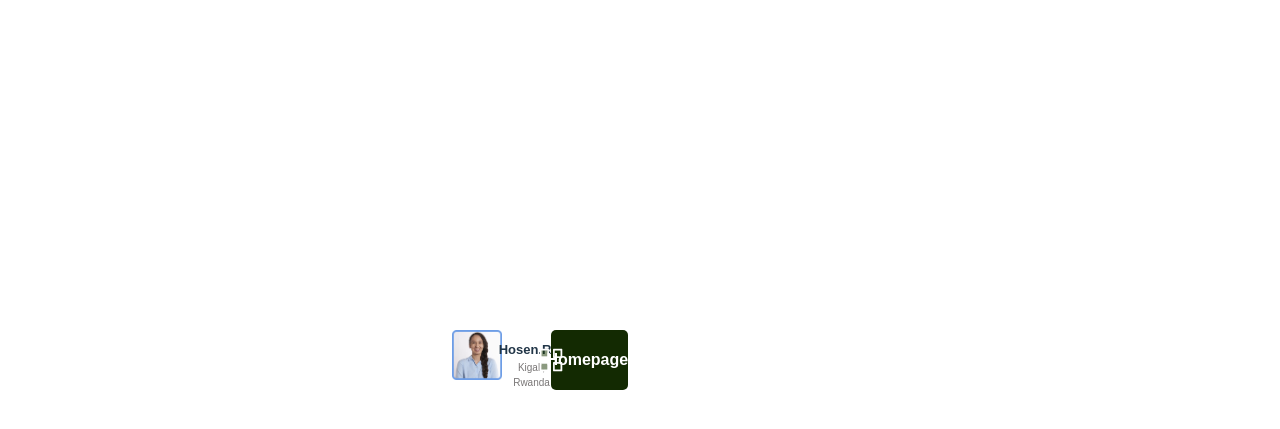
Repository: Auda-frontend/Kenshikeza
Page: /
These files come from the project's save history. The page is drawn as it stood at one moment and after the next save; the edit follows.
The browser window is 1280 px wide. The pictures show the whole page.
The project was rebuilt for these pictures with package versions that can differ from the ones it lists, and the page was loaded fresh each time. Also part of the build but not shown: vite.config.js.

Above is the page before, as saved 2024-01-25 09:43:26.

### src/App.jsx
import './App.css'
import SideBar from './Components/SideBar'

function App() {
  return (
    <div>
      <SideBar />
    </div>
  )
}

export default App

### src/Components/SideBar.jsx
import React from "react";
import Profile from "../assets/Rectangle 79.png";
import './SideBar.css';
import HomeIcon from "../assets/ep_menu.png";

function SideBar() {
  return (
    <div className="container">
    <div className="leftSide">

      <img src={Profile} alt="Profile photo" className="profilePhoto" />
      <div className="desc">
      <h2 className="names">Hosen.R</h2>
      <p>Kigali, Rwanda</p>
      </div>
      <div className="homepage">
        <img src={HomeIcon} alt="Menu icon" className="homeIcon" />
        <h2>Homepage</h2>
      </div>
    </div>
    </div>
  );
}

export default SideBar;

### src/Components/SideBar.css
*{
    margin: 0;
    padding: 0;
    box-sizing: border-box;
    font-family: sans-serif;
}
.container{
    padding: 0;
}
.leftSide{
    display: flex;
    max-width: 25%;
    max-height: 100%;
    /* flex-direction: column; */
}
.leftSide .profilePhoto{
    float: left;
    width: 50px;
    height: 50px;
    margin-left: -50px;
    margin-right: 10px;
}
.desc{
    display: table-column;
    align-items: center;
    padding-top: 10px;
    /* padding: 5px;
    background-color: aqua; */
}
.desc .names{
    font-size: small;
    margin-left: -13px;
}
.desc p{
    font-size: x-small;
    color: rgb(121, 118, 118)
}
.homepage{
background-color: #132A02;
width: 200px;
display: flex;
align-items: center;
border-radius: 5px;
justify-content: space-around;
}
.homepage .homeIcon{
    width: 30px;
    float: left;
    margin-left: -15px;
}
.homepage h2{
    color: white;
    font-size: medium;
    margin-left: -20px;
}

Loaded but not shown: index.html (common file); src/main.jsx (common file); src/index.css (common file); src/App.css (common file)

After the next save:
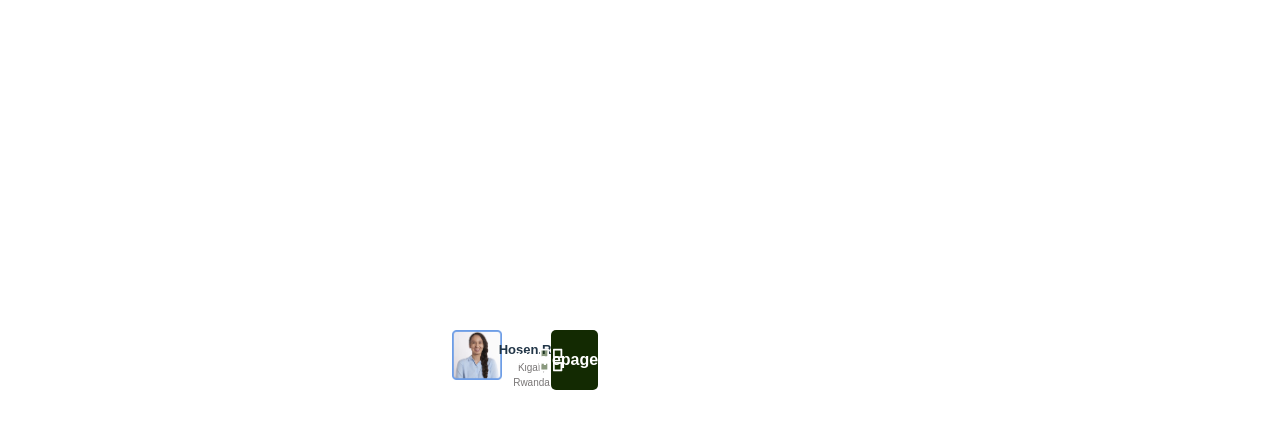
Saved 7 s later.
--- a/src/Components/SideBar.css
+++ b/src/Components/SideBar.css
@@ -51,5 +51,5 @@ justify-content: space-around;
 .homepage h2{
     color: white;
     font-size: medium;
-    margin-left: -20px;
+    margin-left: -50px;
 }
